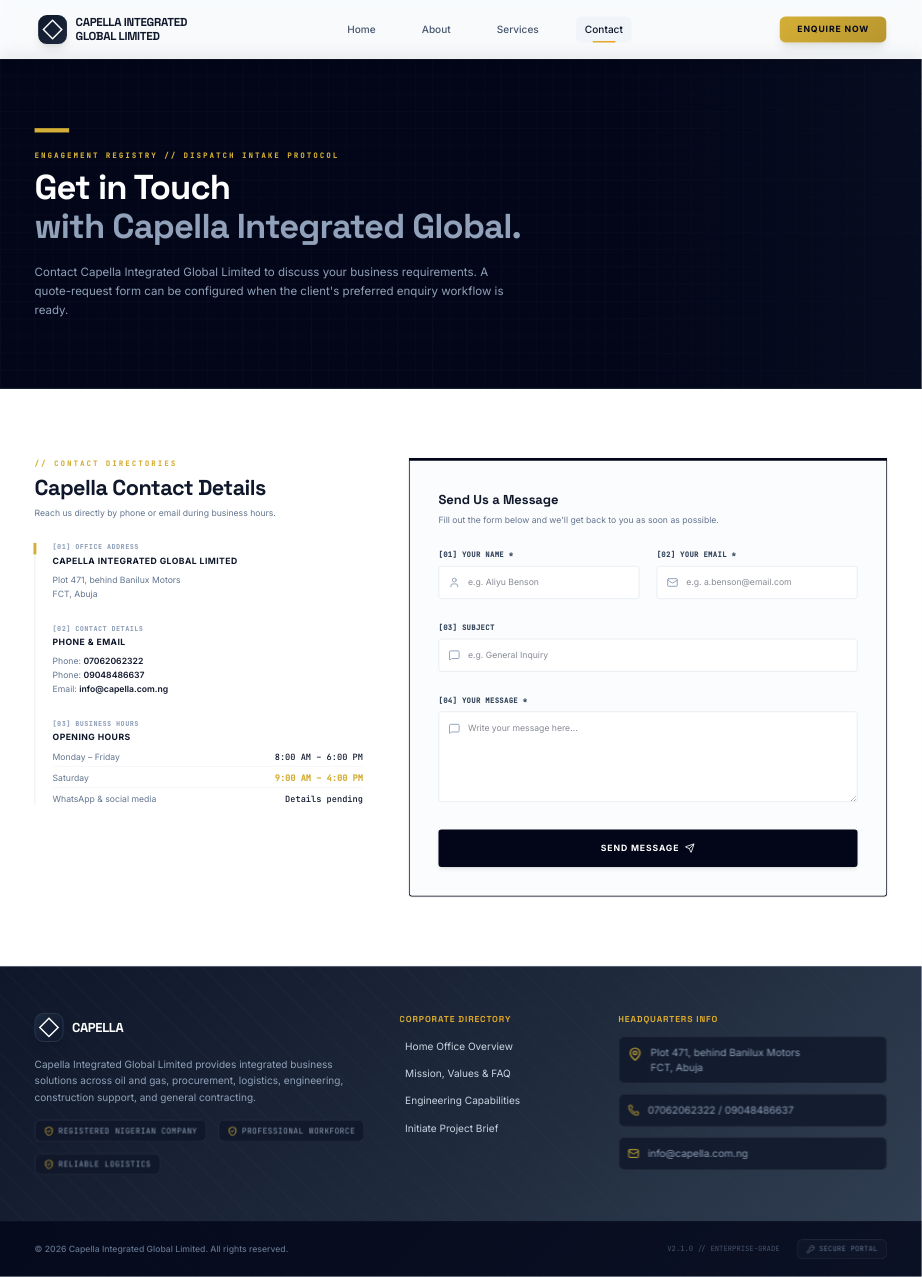
Repository: Jessic-asomugha/primo
Page: /, after clicking the first element matching `#nav-contact`
The author's editor kept a copy of each file at every save. The page is drawn from the files as they stood at one save, then again after the next save.
The browser window is 1280 px wide. The pictures show the whole page, at 72% of full size.
The project was rebuilt for these pictures with package versions that can differ from the ones it lists, and the page was loaded fresh each time. Also part of the build but not shown: vite.config.ts, src/components/AboutView.tsx, src/components/ServicesView.tsx, src/components/EnquiryView.tsx.

Above is the page before, as saved 2026-08-06 12:33:48.

### index.html
<!doctype html>
<html lang="en">
  <head>
    <meta charset="UTF-8" />
    <meta name="viewport" content="width=device-width, initial-scale=1.0" />
    <meta name="description" content="Capella Integrated Global Limited provides integrated business solutions in Nigeria." />
    <title>Capella Integrated Global Limited | Integrated Solutions. Trusted Results.</title>
  </head>
  <body>
    <div id="root"></div>
    <script type="module" src="/src/main.tsx"></script>
  </body>
</html>

### src/main.tsx
import {StrictMode} from 'react';
import {createRoot} from 'react-dom/client';
import App from './App.tsx';
import './index.css';

createRoot(document.getElementById('root')!).render(
  <StrictMode>
    <App />
  </StrictMode>,
);

### src/components/ContactView.tsx
/**
 * @license
 * SPDX-License-Identifier: Apache-2.0
 */

import React, { useState, useEffect } from 'react';
import { ActiveView } from '../types';
import { SERVICES, ASSETS } from '../data';
import {
  Mail,
  Phone,
  MapPin,
  Clock,
  ShieldCheck,
  Send,
  Building2,
  User,
  MessageSquare,
  CheckCircle2,
  AlertCircle,
  Truck,
  Gauge
} from 'lucide-react';

interface ContactViewProps {
  selectedServiceInquiry: string;
  setSelectedServiceInquiry: (serviceTitle: string) => void;
}

export default function ContactView({ selectedServiceInquiry, setSelectedServiceInquiry }: ContactViewProps) {
  // Form fields - simplified for Contact Us
  const [name, setName] = useState('');
  const [email, setEmail] = useState('');
  const [subject, setSubject] = useState('');
  const [message, setMessage] = useState('');

  // Status states
  const [submitting, setSubmitting] = useState(false);
  const [submitError, setSubmitError] = useState<string | null>(null);
  const [successSubmission, setSuccessSubmission] = useState<any | null>(null);

  // Sync state if selectedServiceInquiry changes
  useEffect(() => {
    if (selectedServiceInquiry) {
      setSubject(selectedServiceInquiry);
    }
  }, [selectedServiceInquiry]);

  const handleSubmit = async (e: React.FormEvent) => {
    e.preventDefault();
    setSubmitting(true);
    setSubmitError(null);

    if (!name || !email || !message) {
      setSubmitError('Please complete all required fields (Name, Email, Message).');
      setSubmitting(false);
      return;
    }

    try {
      const response = await fetch('/api/contact/submit', {
        method: 'POST',
        headers: { 'Content-Type': 'application/json' },
        body: JSON.stringify({
          name,
          email,
          company: '',
          phone: '',
          serviceInterest: subject || 'General Inquiry',
          message
        })
      });

      const data = await response.json();

      if (!response.ok) {
        throw new Error(data.error || 'Failed to submit form.');
      }

      setSuccessSubmission(data.submission);

      // Clear form
      setName('');
      setEmail('');
      setSubject('');
      setMessage('');
      setSelectedServiceInquiry('');
    } catch (err: any) {
      setSubmitError(err.message || 'An unexpected database/server error occurred.');
    } finally {
      setSubmitting(false);
    }
  };

  return (
    <div className="flex flex-col min-h-screen bg-slate-50">

      {/* 1. CINEMATIC INTRO HEADER */}
      <section className="relative bg-slate-950 text-white py-24 border-b border-slate-900 overflow-hidden">
        {/* Repeating diagonal grid pattern and subtle light leaks */}
        <div className="absolute inset-0 z-0">
          <div className="absolute inset-0 bg-[linear-gradient(to_right,#1e293b_1px,transparent_1px),linear-gradient(to_bottom,#1e293b_1px,transparent_1px)] bg-[size:24px_24px] opacity-15" />
          <div className="absolute top-0 right-0 w-2/3 h-full bg-gradient-to-l from-slate-900/40 via-transparent to-transparent" />
        </div>

        <div className="relative z-10 mx-auto max-w-7xl px-6 sm:px-8 lg:px-12">
          <div className="max-w-3xl flex flex-col justify-center">
            {/* Orange bar highlight */}
            <div className="w-12 h-1.5 bg-brand-orange mb-6"></div>

            <span className="text-[10px] font-mono font-bold uppercase tracking-[0.3em] text-brand-orange mb-3 block">
              ENGAGEMENT REGISTRY // DISPATCH INTAKE PROTOCOL
            </span>
            <h1 className="text-display text-4xl sm:text-5xl lg:text-5.5xl font-extrabold tracking-tight text-white leading-[1.1] mb-6">
              Get in Touch <br />
              <span className="text-slate-400">with Capella Integrated Global.</span>
            </h1>
            <p className="text-slate-400 text-sm sm:text-base leading-relaxed max-w-2xl font-light">
              Contact Capella Integrated Global Limited to discuss your business requirements. A quote-request form can be configured when the client&apos;s preferred enquiry workflow is ready.
            </p>
          </div>
        </div>
      </section>


      {/* 2. CORE BALANCED CONTENT SPLIT (Contact Info side-by-side with Form) */}
      <section className="py-24 bg-white border-b border-slate-100">
        <div className="mx-auto max-w-7xl px-6 sm:px-8 lg:px-12">
          <div className="grid grid-cols-1 lg:grid-cols-12 gap-12 lg:gap-16 items-start">

            {/* LEFT COLUMN: Contact info, Business hours, Response time guarantee */}
            <div className="lg:col-span-5 flex flex-col gap-8">

              <div className="flex flex-col gap-2">
                <span className="text-[10px] font-mono font-bold uppercase tracking-[0.3em] text-brand-orange">
                  // CONTACT DIRECTORIES
                </span>
                <h2 className="text-display text-2xl sm:text-3xl font-extrabold tracking-tight text-slate-900">
                  Capella Contact Details
                </h2>
                <p className="text-slate-500 text-xs font-light leading-relaxed">
                  Reach us directly by phone or email during business hours.
                </p>
              </div>

              {/* Minimal Staggered Directory Blocks */}
              <div className="flex flex-col gap-8 border-l border-slate-200 pl-6 relative">
                <div className="absolute top-0 left-0 h-4 w-1 bg-brand-orange -translate-x-[2.5px]" />

                {/* Block 1 */}
                <div className="group relative">
                  <span className="text-[9px] font-mono font-bold text-slate-400 tracking-widest uppercase block mb-1">
                    [01] OFFICE ADDRESS
                  </span>
                  <h4 className="font-bold text-slate-900 uppercase tracking-wider text-xs">
                    Capella Integrated Global Limited
                  </h4>
                  <p className="text-slate-500 text-xs mt-2 leading-relaxed font-light">
                    Plot 471, behind Banilux Motors<br />
                    FCT, Abuja
                  </p>
                </div>

                {/* Block 2 */}
                <div className="group relative">
                  <span className="text-[9px] font-mono font-bold text-slate-400 tracking-widest uppercase block mb-1">
                    [02] CONTACT DETAILS
                  </span>
                  <h4 className="font-bold text-slate-900 uppercase tracking-wider text-xs">
                    Phone &amp; Email
                  </h4>
                  <p className="text-slate-500 text-xs mt-2 leading-relaxed font-light">
                    Phone: <span className="font-semibold text-slate-900">07062062322</span><br />
                    Phone: <span className="font-semibold text-slate-900">09048486637</span><br />
                    Email: <span className="font-semibold text-slate-900">info@capella.com.ng</span>
                  </p>
                </div>

                {/* Block 3 */}
                <div className="group relative">
                  <span className="text-[9px] font-mono font-bold text-slate-400 tracking-widest uppercase block mb-1">
                    [03] BUSINESS HOURS
                  </span>
                  <h4 className="font-bold text-slate-900 uppercase tracking-wider text-xs mb-3">
                    Opening Hours
                  </h4>
                  <div className="space-y-2 text-xs font-light text-slate-500">
                    <div className="flex justify-between items-center border-b border-slate-100 pb-1">
                      <span>Monday – Friday</span>
                      <span className="font-mono text-slate-900 font-medium">8:00 AM – 6:00 PM</span>
                    </div>
                    <div className="flex justify-between items-center border-b border-slate-100 pb-1">
                      <span>Saturday</span>
                      <span className="font-mono text-brand-orange font-bold">9:00 AM – 4:00 PM</span>
                    </div>
                    <div className="flex justify-between items-center">
                      <span>WhatsApp &amp; social media</span>
                      <span className="font-mono text-slate-900 font-medium">Details pending</span>
                    </div>
                  </div>
                </div>
              </div>

            </div>


            {/* RIGHT COLUMN: Contact Form / Technical Receipt Panel */}
            <div className="lg:col-span-7">
              <div className="bg-slate-50/50 border-t-4 border-slate-950 border-x border-b border-slate-200/80 rounded-b p-6 sm:p-10 shadow-sm relative">

                {successSubmission ? (
                  /* Elegant Fuel Ticket Receipt */
                  <div className="flex flex-col gap-6 py-4 animate-fade-in text-center items-center" id="contact-success-panel">
                    <div className="h-14 w-14 bg-emerald-50 border border-emerald-100 rounded-full flex items-center justify-center text-emerald-500">
                      <CheckCircle2 className="h-7 w-7" />
                    </div>

                    <div className="flex flex-col gap-2">
                      <span className="text-[9px] font-mono text-emerald-600 font-bold tracking-widest uppercase block">
                        TRANSMISSION ACCEPTED // LOGGED TO ABJ_QUEUE
                      </span>
                      <h3 className="text-display text-2xl font-extrabold text-slate-950">
                        Fuel Quote Request Logged.
                      </h3>
                      <p className="text-slate-500 text-xs max-w-md mx-auto font-light leading-relaxed">
                        Your parameters have been queued. A senior logistics coordinator has been assigned and is reviewing your delivery metrics.
                      </p>
                    </div>

                    {/* Message Receipt Card */}
                    <div className="w-full bg-white border border-slate-200 rounded p-6 text-left text-xs flex flex-col gap-4 mt-2 shadow-inner font-light">
                      <div className="flex justify-between items-center border-b border-slate-100 pb-3">
                        <span className="text-slate-400 font-mono uppercase tracking-widest text-[9px]">Message ID</span>
                        <span className="font-mono text-slate-950 font-bold text-[11px]">{successSubmission.id}</span>
                      </div>

                      <div className="grid grid-cols-2 gap-6">
                        <div>
                          <span className="text-slate-400 block text-[9px] uppercase tracking-wider font-mono">Name</span>
                          <span className="font-bold text-slate-900 block mt-1">{successSubmission.name}</span>
                        </div>
                        <div>
                          <span className="text-slate-400 block text-[9px] uppercase tracking-wider font-mono">Email</span>
                          <span className="font-bold text-slate-900 block mt-1">{successSubmission.email}</span>
                        </div>
                      </div>

                      <div className="border-t border-slate-100 pt-4">
                        <span className="text-slate-400 block text-[9px] uppercase tracking-wider font-mono">Message</span>
                        <p className="text-slate-600 mt-2 italic leading-relaxed text-[11px] font-normal bg-slate-50 p-3 rounded border border-slate-100">
                          &quot;{successSubmission.message}&quot;
                        </p>
                      </div>
                    </div>

                    <button
                      onClick={() => setSuccessSubmission(null)}
                      className="mt-6 border border-slate-300 text-slate-600 hover:text-slate-900 hover:bg-slate-50 px-6 py-3 text-xs font-bold uppercase tracking-widest font-mono transition-all cursor-pointer rounded"
                      id="btn-submit-another"
                    >
                      Submit Another Brief
                    </button>
                  </div>
                ) : (
                  /* Beautifully Configured Diesel Form */
                  <form onSubmit={handleSubmit} className="flex flex-col gap-8" id="contact-form">

                    <div>
                      <h3 className="text-display text-lg font-extrabold text-slate-900">
                        Send Us a Message
                      </h3>
                      <p className="text-slate-500 text-xs mt-1 leading-relaxed font-light">
                        Fill out the form below and we'll get back to you as soon as possible.
                      </p>
                    </div>

                    {submitError && (
                      <div className="p-4 rounded bg-red-50 border border-red-100 text-xs text-red-600 flex items-start gap-2.5" id="form-error-alert">
                        <AlertCircle className="h-4 w-4 shrink-0 mt-0.5" />
                        <span>{submitError}</span>
                      </div>
                    )}

                    {/* Inputs Row 1: Name and Email */}
                    <div className="grid grid-cols-1 sm:grid-cols-2 gap-6">
                      <div className="flex flex-col gap-2">
                        <label className="text-slate-700 text-[10px] font-mono font-bold uppercase tracking-wider flex items-center justify-between" htmlFor="input-name">
                          <span>[01] Your Name *</span>
                        </label>
                        <div className="relative">
                          <User className="absolute left-3.5 top-1/2 -translate-y-1/2 h-4 w-4 text-slate-400" />
                          <input
                            id="input-name"
                            type="text"
                            value={name}
                            onChange={(e) => setName(e.target.value)}
                            required
                            placeholder="e.g. Aliyu Benson"
                            className="w-full text-xs rounded border border-slate-200 bg-white py-3.5 pl-10 pr-4 text-slate-900 focus:border-brand-orange focus:outline-none focus:ring-1 focus:ring-brand-orange"
                          />
                        </div>
                      </div>

                      <div className="flex flex-col gap-2">
                        <label className="text-slate-700 text-[10px] font-mono font-bold uppercase tracking-wider" htmlFor="input-email">
                          [02] Your Email *
                        </label>
                        <div className="relative">
                          <Mail className="absolute left-3.5 top-1/2 -translate-y-1/2 h-4 w-4 text-slate-400" />
                          <input
                            id="input-email"
                            type="email"
                            value={email}
                            onChange={(e) => setEmail(e.target.value)}
                            required
                            placeholder="e.g. a.benson@email.com"
                            className="w-full text-xs rounded border border-slate-200 bg-white py-3.5 pl-10 pr-4 text-slate-900 focus:border-brand-orange focus:outline-none focus:ring-1 focus:ring-brand-orange"
                          />
                        </div>
                      </div>
                    </div>

                    {/* Inputs Row 2: Subject */}
                    <div className="flex flex-col gap-2">
                      <label className="text-slate-700 text-[10px] font-mono font-bold uppercase tracking-wider" htmlFor="input-subject">
                        [03] Subject
                      </label>
                      <div className="relative">
                        <MessageSquare className="absolute left-3.5 top-1/2 -translate-y-1/2 h-4 w-4 text-slate-400" />
                        <input
                          id="input-subject"
                          type="text"
                          value={subject}
                          onChange={(e) => setSubject(e.target.value)}
                          placeholder="e.g. General Inquiry"
                          className="w-full text-xs rounded border border-slate-200 bg-white py-3.5 pl-10 pr-4 text-slate-900 focus:border-brand-orange focus:outline-none focus:ring-1 focus:ring-brand-orange"
                        />
                      </div>
                    </div>

                    {/* Inputs Row 3: Message */}
                    <div className="flex flex-col gap-2">
                      <label className="text-slate-700 text-[10px] font-mono font-bold uppercase tracking-wider" htmlFor="input-message">
                        [04] Your Message *
                      </label>
                      <div className="relative">
                        <MessageSquare className="absolute left-3.5 top-4 h-4 w-4 text-slate-400" />
                        <textarea
                          id="input-message"
                          value={message}
                          onChange={(e) => setMessage(e.target.value)}
                          required
                          rows={6}
                          placeholder="Write your message here..."
                          className="w-full text-xs rounded border border-slate-200 bg-white py-3.5 pl-10 pr-4 text-slate-900 focus:border-brand-orange focus:outline-none focus:ring-1 focus:ring-brand-orange font-light"
                        />
                      </div>
                    </div>

                    <button
                      type="submit"
                      disabled={submitting}
                      className={`group flex items-center justify-center gap-2 rounded bg-slate-950 text-white hover:bg-brand-orange hover:text-slate-950 py-4.5 text-xs font-bold uppercase tracking-widest transition-all shadow-md cursor-pointer ${
                        submitting ? 'opacity-70 cursor-not-allowed' : 'active:scale-95'
                      }`}
                      id="btn-form-submit"
                    >
                      {submitting ? 'Sending...' : 'Send Message'}
                      <Send className="h-3.5 w-3.5 transition-transform group-hover:translate-x-1" />
                    </button>

                  </form>
                )}

              </div>
            </div>

          </div>
        </div>
      </section>

    </div>
  );
}

Loaded but not shown: src/components/HomeView.tsx (598 lines, source omitted); src/components/Footer.tsx (169 lines, source omitted); src/data.ts (80 lines, source omitted); src/components/Header.tsx (139 lines, source omitted); src/index.css (260 lines, source omitted); src/App.tsx (64 lines, source omitted); src/types.ts (70 lines, source omitted)

After the next save:
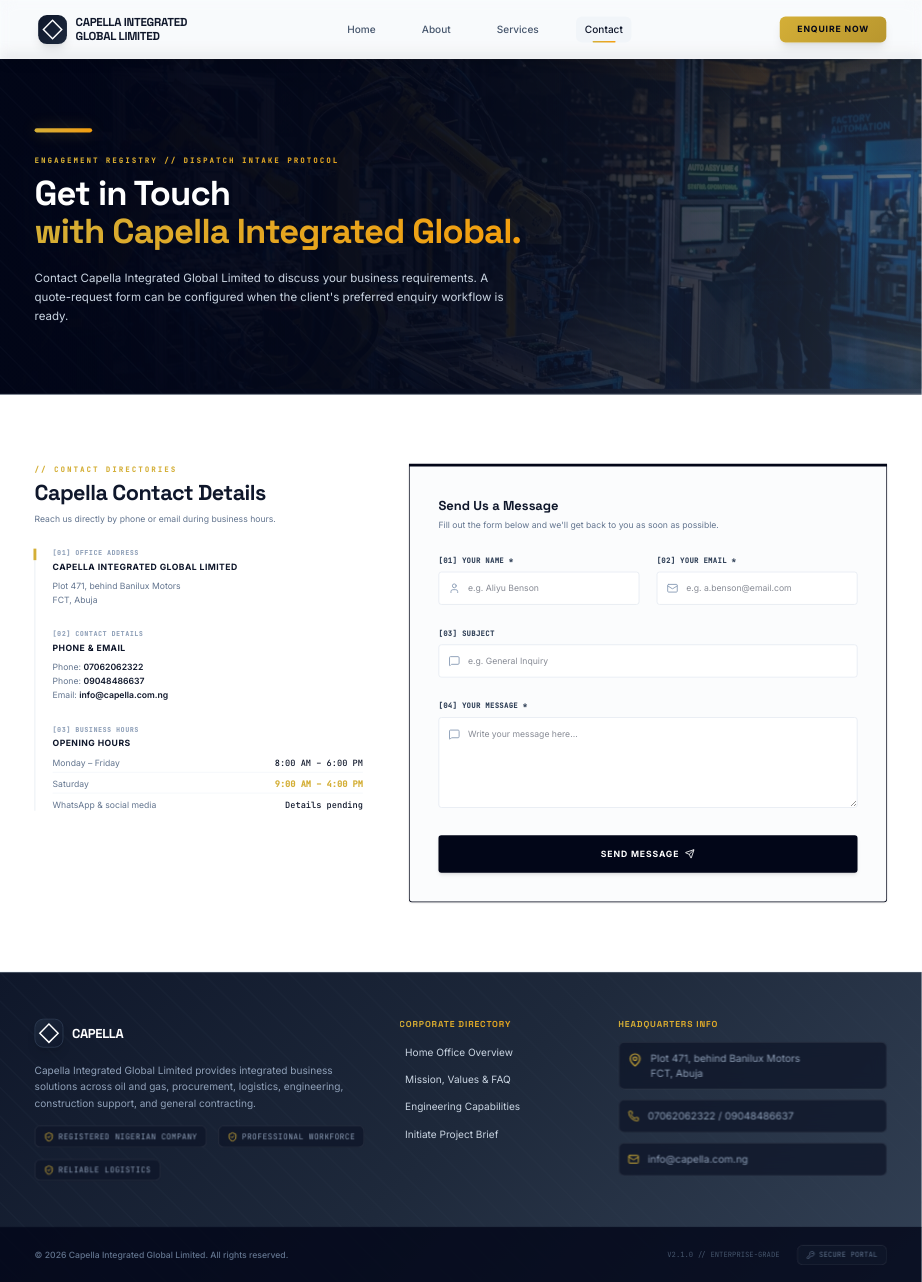
Saved 37 s later.
--- a/src/components/ContactView.tsx
+++ b/src/components/ContactView.tsx
@@ -95,27 +95,32 @@ export default function ContactView({ selectedServiceInquiry, setSelectedService
   return (
     <div className="flex flex-col min-h-screen bg-slate-50">
 
-      {/* 1. CINEMATIC INTRO HEADER */}
-      <section className="relative bg-slate-950 text-white py-24 border-b border-slate-900 overflow-hidden">
-        {/* Repeating diagonal grid pattern and subtle light leaks */}
+      {/* 1. INTRO HEADER */}
+      <section className="relative gradient-primary text-white py-24 border-b border-slate-800 overflow-hidden">
         <div className="absolute inset-0 z-0">
-          <div className="absolute inset-0 bg-[linear-gradient(to_right,#1e293b_1px,transparent_1px),linear-gradient(to_bottom,#1e293b_1px,transparent_1px)] bg-[size:24px_24px] opacity-15" />
-          <div className="absolute top-0 right-0 w-2/3 h-full bg-gradient-to-l from-slate-900/40 via-transparent to-transparent" />
+          <img
+            src={ASSETS.whoWeServe}
+            alt="Capella Operations"
+            className="w-full h-full object-cover opacity-30 animate-float"
+            referrerPolicy="no-referrer"
+          />
+          <div className="absolute inset-0 bg-gradient-to-r from-slate-950 via-slate-950/80 to-transparent" />
+          <div className="absolute inset-0 industrial-pattern-dark opacity-20" />
         </div>
 
         <div className="relative z-10 mx-auto max-w-7xl px-6 sm:px-8 lg:px-12">
-          <div className="max-w-3xl flex flex-col justify-center">
-            {/* Orange bar highlight */}
-            <div className="w-12 h-1.5 bg-brand-orange mb-6"></div>
-
-            <span className="text-[10px] font-mono font-bold uppercase tracking-[0.3em] text-brand-orange mb-3 block">
+          <div className="max-w-3xl flex flex-col justify-center animate-fade-in-up">
+            {/* Animated orange bar highlight */}
+            <div className="w-20 h-1.5 bg-gradient-to-r from-brand-orange to-brand-accent mb-8 rounded-full animate-pulse-glow"></div>
+
+            <span className="text-[10px] font-mono font-bold uppercase tracking-[0.3em] gradient-text mb-3 block">
               ENGAGEMENT REGISTRY // DISPATCH INTAKE PROTOCOL
             </span>
             <h1 className="text-display text-4xl sm:text-5xl lg:text-5.5xl font-extrabold tracking-tight text-white leading-[1.1] mb-6">
               Get in Touch <br />
-              <span className="text-slate-400">with Capella Integrated Global.</span>
+              <span className="gradient-text">with Capella Integrated Global.</span>
             </h1>
-            <p className="text-slate-400 text-sm sm:text-base leading-relaxed max-w-2xl font-light">
+            <p className="text-slate-300 text-sm sm:text-base leading-relaxed max-w-2xl font-light">
               Contact Capella Integrated Global Limited to discuss your business requirements. A quote-request form can be configured when the client&apos;s preferred enquiry workflow is ready.
             </p>
           </div>
